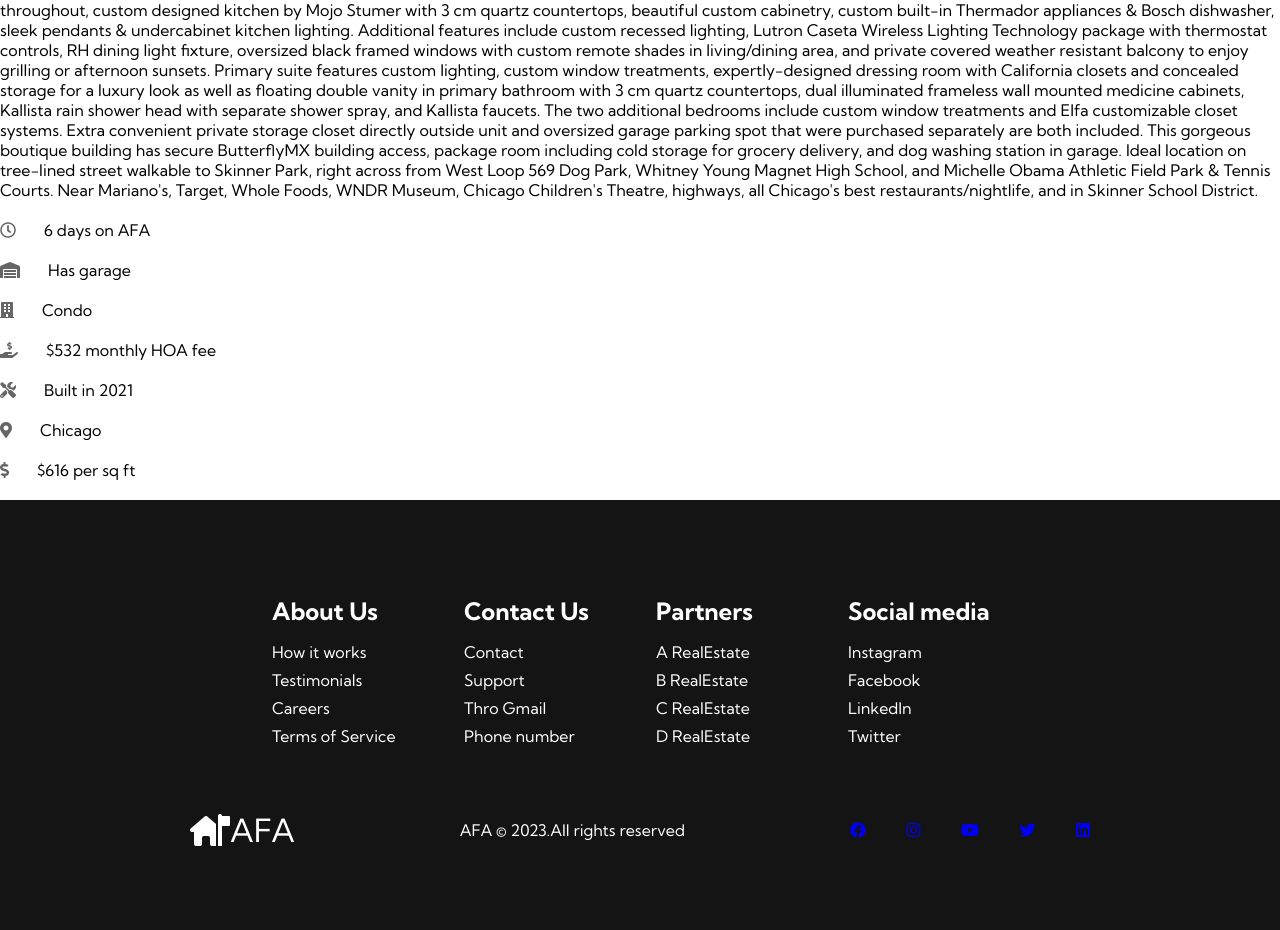
Repository: MrAllin1/ProgWWW_23_Gr1
Page: pages/Apartment1.html
An editor plug-in stored every save of this project. The page is shown before and after the next save, followed by the edit.
The browser window is 1280 px wide. The pictures show the part of the page from y = 709 to 1639 px (the page is 1639 px tall).
A picture or video elsewhere on the page could not be fetched, so the positions and the page height are approximate. Some web libraries are served in a nearby version.

Above is the page before, as saved 2024-01-11 02:17:45.

After the next save:
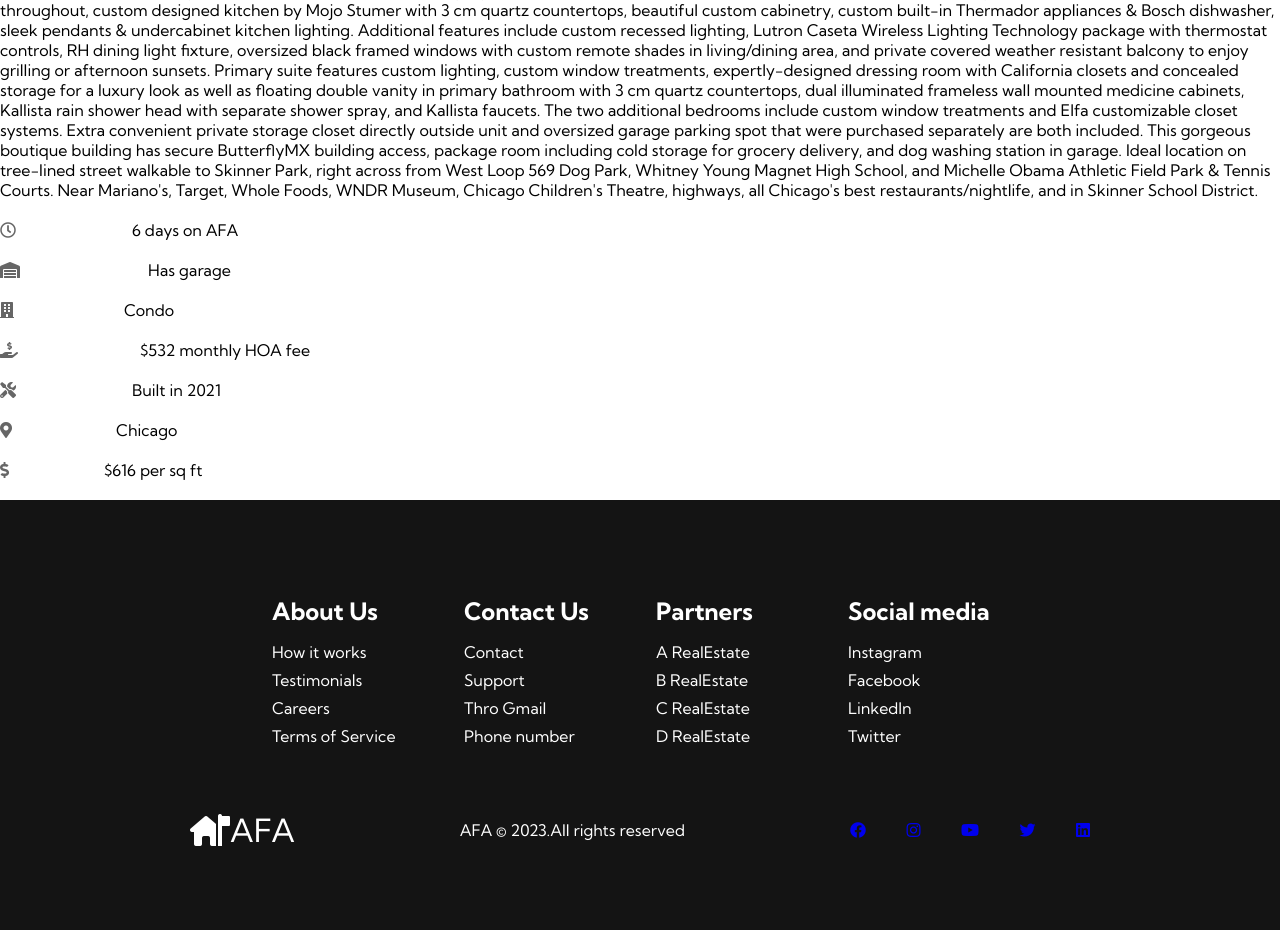
Saved 49 s later.
--- a/pages/stylesForHouse.css
+++ b/pages/stylesForHouse.css
@@ -322,17 +322,18 @@
     align-items: center;
     margin-bottom: 20px; /* space between items */
     margin-top: 20px;
+
+  }
+
+  .feature i {
+    margin-right: 8px; /* space between icon and text */
+    color: #666666; /* icon color */
     column-count:3;
     column-gap:20px;
     column-rule:5px outset #ff00ff;
     -webkit-column-count:4;
     -moz-column-gap:20px;
     -ms-column-rule:5px outset #ff00ff;
-  }
-
-  .feature i {
-    margin-right: 8px; /* space between icon and text */
-    color: #666666; /* icon color */
   }
 .services_card {
     margin: 1rem;
